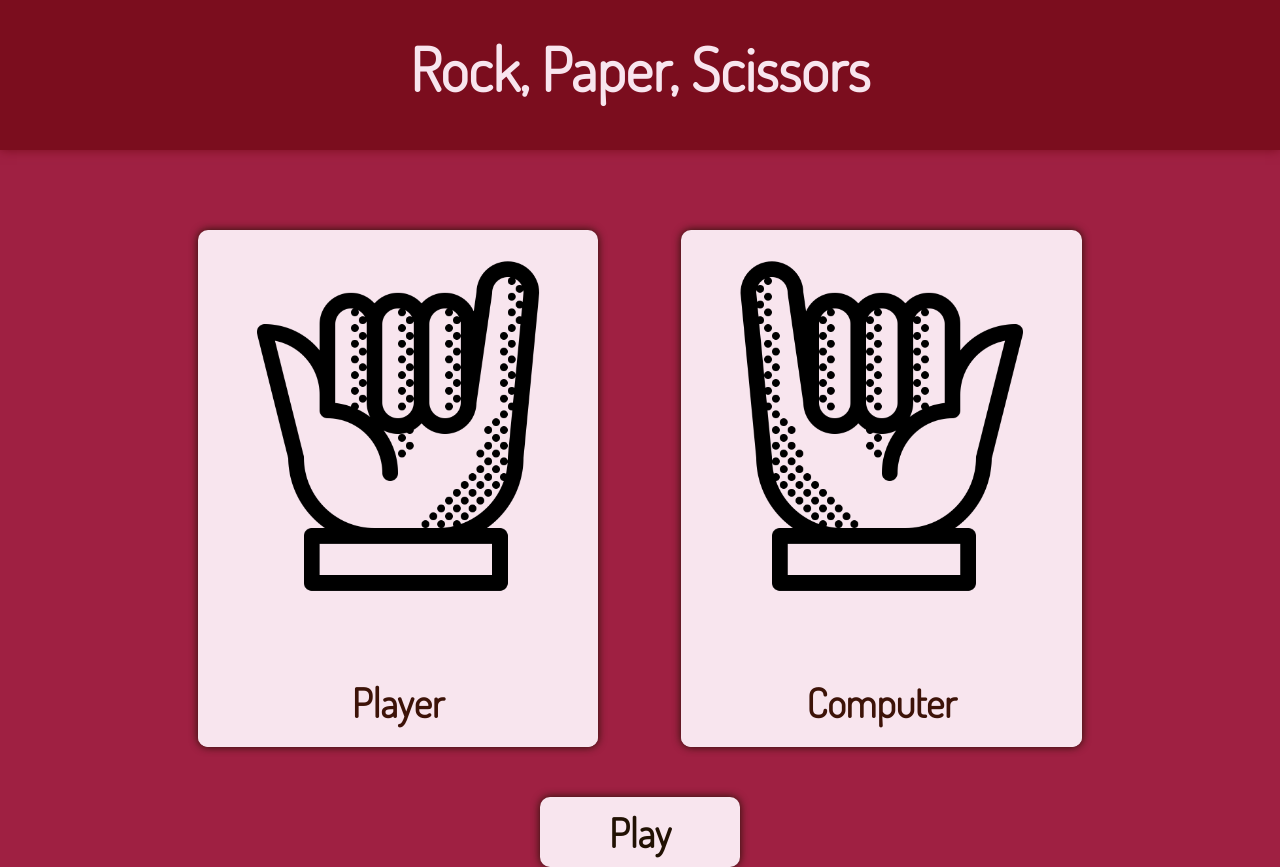
Repository: shayanabedi98/rock-paper-scissors
Page: index.html
The author's editor kept a copy of each file at every save. The page is drawn from the files as they stood at one save, then again after the next save.
The browser window is 1280 px wide. The pictures show the whole page.

Above is the page before, as saved 2023-07-13 20:02:14.

### index.html
<!DOCTYPE html>
<html lang="en">
<head>
    <meta charset="UTF-8">
    <meta name="viewport" content="width=device-width, initial-scale=1.0">
    <title>Rock, Paper, Scissors</title>
    <link rel="preconnect" href="https://fonts.googleapis.com">
    <link rel="preconnect" href="https://fonts.gstatic.com" crossorigin>
    <link href="https://fonts.googleapis.com/css2?family=Dosis:wght@300&display=swap" rel="stylesheet">
    <link rel="stylesheet" href="styles.css">
</head>
<body>
    <div class="header">
        <h1>Rock, Paper, Scissors</h1>
    </div>
    <div class="container">
        <div class="card">
            <div class="player1">
                <img src="resources/startleft.png" alt="Starting image before game">
                <h2>Player</h2>
            </div>
        </div>
        <div class="card">
            <div class="computer">
                <img src="resources/start.png" alt="Starting image before game">
                <h2>Computer</h2>
            </div>
        </div>
    </div>
    <div class="button-container">
        <button id="btn">Play</button>
    </div>
    <style src="index.js"></style>
</body>
</html>

### styles.css
body {
    font-family:'Dosis', sans-serif;
    margin: 0;
    padding: 0;
    background-color: #9F2042;
    color: #F8E5EE;
}

h1 {
    font-size: 60px;
    margin-top: 0;

}

.header {
    text-align: center;
    background-color: #7B0D1E;
    height: 120px;
    padding-top: 30px;
    box-shadow: 0 0 10px 0 #7B0D1E;
}

.container {
    text-align: center;
    display: block;
    margin-top: 80px;
}

.card {
    display: inline-block;
    background-color: #F8E5EE;
    box-shadow: 0 0 8px 0 #211103;
    margin: 0 40px;
    border-radius: 10px;
}

.card img {
    height: 400px;
}

.card h2 {
    font-size: 40px;
    color: #3D1308;
    background-color: #F8E5EE;
    margin-bottom: 0;
    height: 70px;
    padding-top: 10px;
    border-radius: 0  0 10px 10px;
}

.button-container {
    text-align: center;
    margin-top: 50px;
}

#btn {
    font-size: 40px;
    font-weight: 800;
    font-family: 'Dosis', sans-serif;
    background-color: #F8E5EE;
    color: #211103;
    width: 200px;
    height: 70px;
    cursor: pointer;
    border: 0;
    border-radius: 10px;
    box-shadow: 0 0 8px 0 #211103;
}

After the next save:
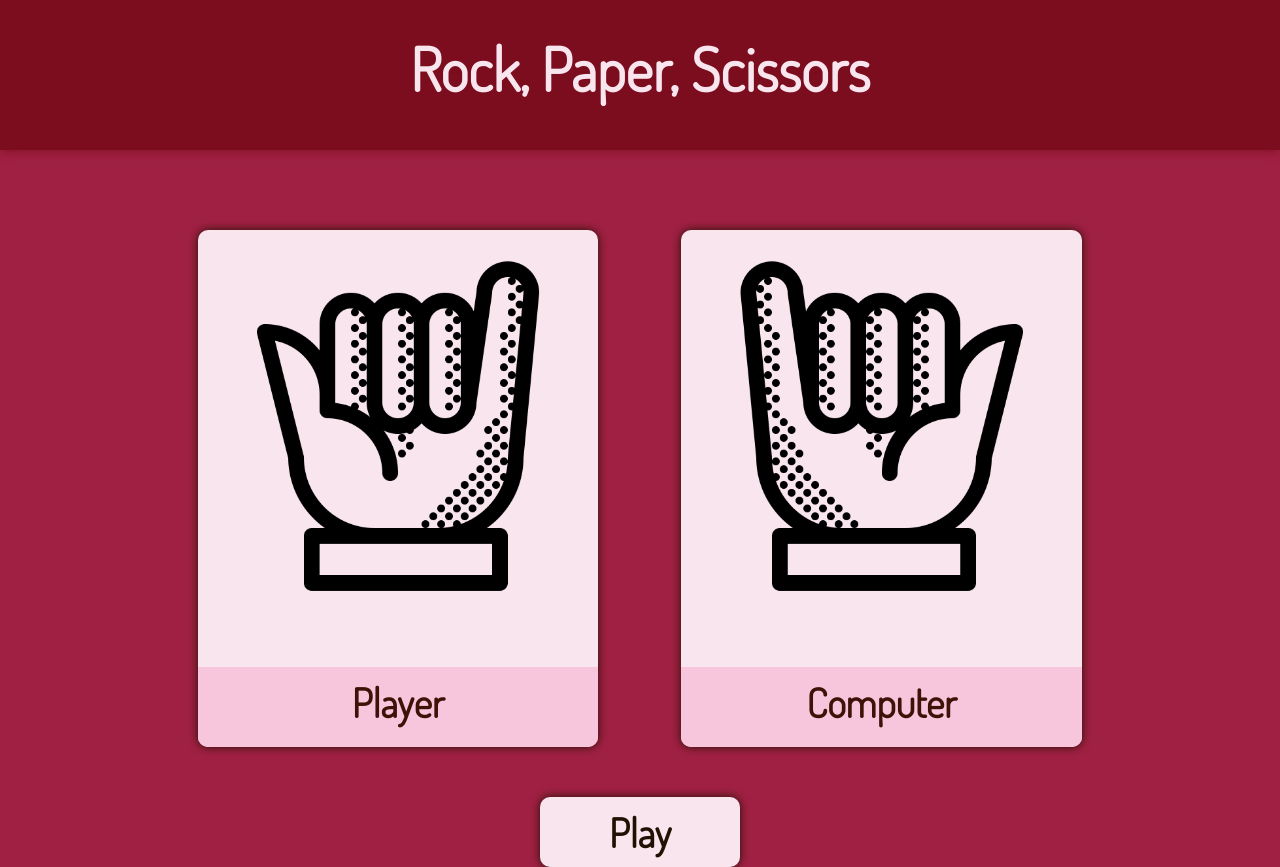
Saved 9 s later.
--- a/styles.css
+++ b/styles.css
@@ -41,7 +41,7 @@ h1 {
 .card h2 {
     font-size: 40px;
     color: #3D1308;
-    background-color: #F8E5EE;
+    background-color: #f7c6dd;
     margin-bottom: 0;
     height: 70px;
     padding-top: 10px;
